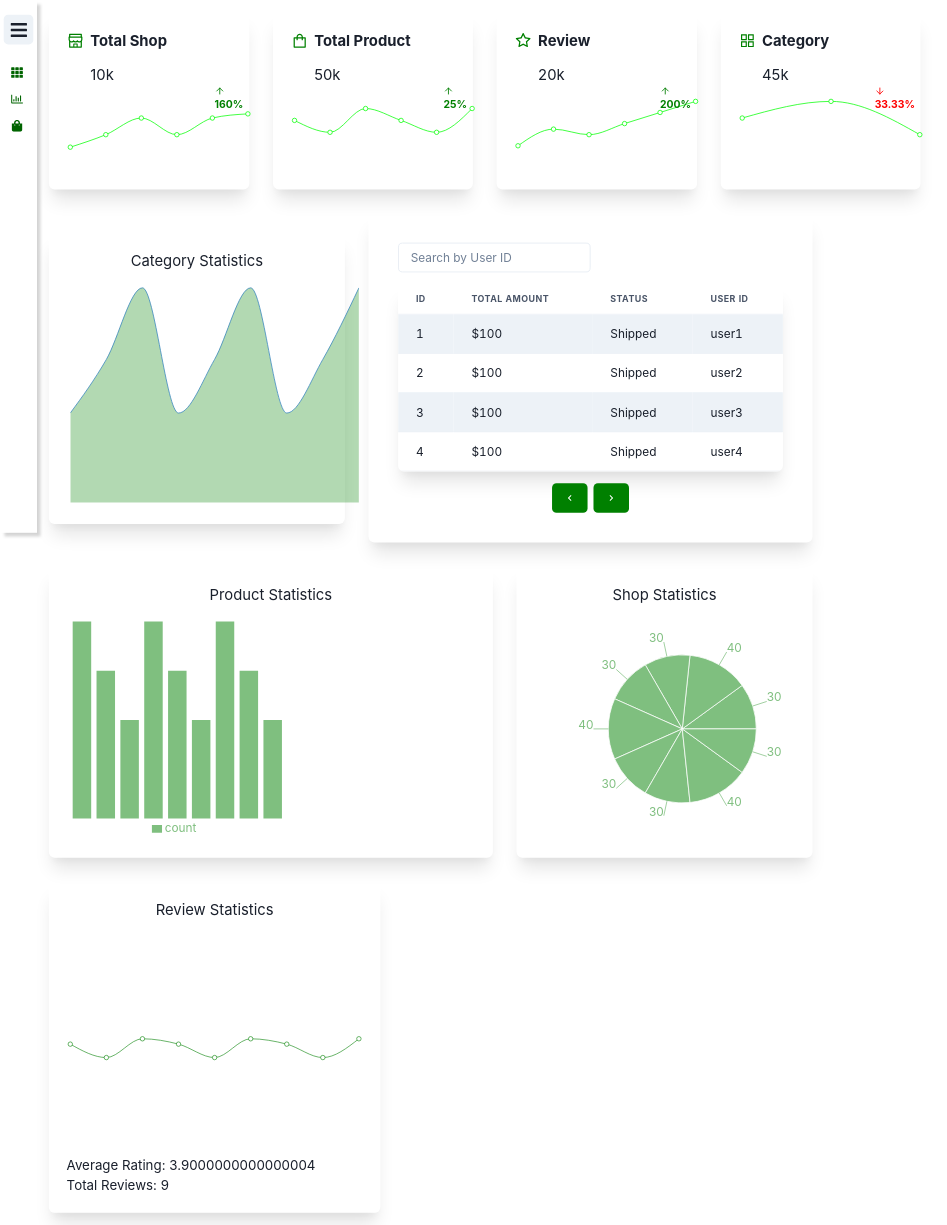
Repository: Andarg01/chakra-dashboard
Page: /
The author's editor kept a copy of each file at every save. The page is drawn from the files as they stood at one save, then again after the next save.
The browser window is 1280 px wide. The pictures show the whole page, at 74% of full size.
The project was rebuilt for these pictures with package versions that can differ from the ones it lists, and the page was loaded fresh each time. Also part of the build but not shown: src/components/ProductModal.tsx, src/components/ProductTable.tsx, src/pages/ProductList.tsx, src/components/RecentSalesTable.tsx, src/components/PopularProductsPage.tsx, src/pages/Analytics.tsx.

Above is the page before, as saved 2024-03-18 02:49:43.

### src/index.tsx
import React from 'react';
import ReactDOM from 'react-dom/client';
import './index.css';
import App from './App';

import { ChakraProvider } from '@chakra-ui/react';


const root = ReactDOM.createRoot(
  document.getElementById('root') as HTMLElement
);
root.render(

  <React.StrictMode>
  <ChakraProvider>
    <App />
    </ChakraProvider>
  </React.StrictMode>

);

### src/App.tsx
import React from 'react'
import ProductList from './pages/ProductList'
import Dashboard from './components/Dashboard'
import Sidebar from './components/Sidebar';
import Analytics from './pages/Analytics';
import { BrowserRouter, Route, Routes } from 'react-router-dom';
const App = () => {
  return (
    <div>
    <BrowserRouter>
    <Sidebar>
      <Routes>
      <Route path="/" element={<Dashboard />}/>
      <Route path="/dashboard" element={<Dashboard />}/>
      <Route path="/analytics" element={<Analytics  />} />
      <Route path="/product" element={<ProductList />}/>

      </Routes>
    </Sidebar>
  </BrowserRouter>
    </div>
  )
}

export default App





















// import React from 'react';
// import { BrowserRouter, Route, Routes } from 'react-router-dom';
// import Sidebar from './components/Sidebar';

// import Dashboard from './pages/Dashboard'

// import Analytics from './pages/AnalyticsPage'

// import ProductList from './ProductList';
// import './App.css';


// // import { ChakraProvider } from '@chakra-ui/react';

// type SaleData = {
//   date: string;
//   amount: number;
// };

// type RevenueData = {
//   month: string;
//   revenue: number;
// };

// const App: React.FC = () => {
//   const saleData: SaleData[] = [
//     { date: '2022-01-01', amount: 100 },
//     { date: '2022-01-02', amount: 150 },
//     { date: '2022-01-03', amount: 200 },
//     { date: '2022-01-04', amount: 120 },
//     { date: '2022-01-05', amount: 180 },
//     { date: '2022-01-06', amount: 90 },
//     { date: '2022-01-07', amount: 110 },
//     { date: '2022-01-08', amount: 130 },
//     { date: '2022-01-09', amount: 170 },
//     { date: '2022-01-10', amount: 160 },
//   ];

//   const revenueData: RevenueData[] = [
//     { month: 'January', revenue: 500 },
//     { month: 'February', revenue: 700 },
//     { month: 'March', revenue: 600 },
//     { month: 'April', revenue: 800 },
//     { month: 'May', revenue: 900 },
//     { month: 'June', revenue: 750 },
//     { month: 'July', revenue: 850 },
//     { month: 'August', revenue: 950 },
//     { month: 'September', revenue: 700 },
//     { month: 'October', revenue: 850 },
//   ];

//   return (
//     // <ChakraProvider>
//       <div>
//         <BrowserRouter>
//           <Sidebar>
//             <Routes>
//               <Route path="/" element={<Dashboard saleData={saleData} revenueData={revenueData} />} />
//               <Route path="/dashboard" element={<Dashboard saleData={saleData} revenueData={revenueData} />} />

//               <Route path="/analytics" element={<Analytics />} />
//               <Route path="/product" element={<ProductList />} />

//             </Routes>
//           </Sidebar>
//         </BrowserRouter>
//       </div>
//     {/* </ChakraProvider> */}
//   );
// };

// export default App;

### src/components/Dashboard.tsx

import React from "react";
import { Box, Flex, Text } from "@chakra-ui/react";
import {
  BarChart,
  Bar,
  Tooltip,
  Legend,
  AreaChart,
  Area,
  PieChart,
  Pie,
  Cell,
  LineChart,
  Line,
} from "recharts";
import Statics from "./Statics";
import AnalyticalPage from "../pages/Analytics";
import FullAnalyticsPage from "./AnalyticalCard";
// import ReviewPage from "../pages/ReviewPage";

export {};
// Sample data for demonstration purposes
const productData = [
  { category: "Category A", count: 20 },
  { category: "Category B", count: 15 },
  { category: "Category C", count: 10 },
  { category: "Category D", count: 20 },
  { category: "Category E", count: 15 },
  { category: "Category F", count: 10 },
  { category: "Category G", count: 20 },
  { category: "Category H", count: 15 },
  { category: "Category I", count: 10 },
];

const categoryData = [
  { shop: "Shop A", count: 5 },
  { shop: "Shop B", count: 8 },
  { shop: "Shop C", count: 12 },
  { shop: "Shop D", count: 5 },
  { shop: "Shop E", count: 8 },
  { shop: "Shop F", count: 12 },
  { shop: "Shop G", count: 5 },
  { shop: "Shop H", count: 8 },
  { shop: "Shop I", count: 12 },
];

const shopData = [
  { name: "Shop A", value: 30 },
  { name: "Shop B", value: 40 },
  { name: "Shop C", value: 30 },
  { name: "Shop D", value: 30 },
  { name: "Shop E", value: 40 },
  { name: "Shop F", value: 30 },
  { name: "Shop G", value: 30 },
  { name: "Shop H", value: 40 },
  { name: "Shop I", value: 30 },
];

const reviewData = [
  { date: "2024-01-01", rating: 4 },
  { date: "2024-02-01", rating: 3.5 },
  { date: "2024-03-01", rating: 4.2 },
  { date: "2024-04-01", rating: 4 },
  { date: "2024-05-01", rating: 3.5 },
  { date: "2024-06-01", rating: 4.2 },
  { date: "2024-07-01", rating: 4 },
  { date: "2024-08-01", rating: 3.5 },
  { date: "2024-09-01", rating: 4.2 },
];

const Dashboard: React.FC = () => {
  // Helper function to calculate average rating
  const getAverageRating = (data: { rating: number }[]): number => {
    const totalRating = data.reduce((acc, curr) => acc + curr.rating, 0);
    return totalRating / data.length;
  };

  return (
    <Flex
      flexWrap="wrap"
      justify="around"
      align="center"
      direction={["column", "row"]}
    >
      <FullAnalyticsPage/>
       {/* Category Statistics */}
       <Box
        flex="1"
        boxShadow="xl"
        borderRadius="lg"
        p={6}
        m={4}
        maxW="400px"
        textAlign="center"
      >
        <Text fontSize="xl" mb={4}>
          Category Statistics
        </Text>
        <AreaChart width={400} height={300} data={categoryData}>
          <Tooltip />
          <Area type="monotone" dataKey="count" fill="#00800080" />
        </AreaChart>
      </Box>
      <Box
       flex="1"
       boxShadow="xl"
       borderRadius="lg"
       p={6}
       m={4}
       maxW="600px"
       textAlign="center"
      >
      <Statics/>
      </Box>

      {/* Product Statistics */}

      <Box
        flex="1"

        boxShadow="xl"
        borderRadius="lg"
        p={6}
        m={4}
        maxW="600px"
        textAlign="center"
      >
        <Text fontSize="xl" mb={4}>
          Product Statistics
        </Text>
        <BarChart width={300} height={300} data={productData} barGap={100} >
          <Tooltip />
          <Legend />
          <Bar dataKey="count" fill="#00800080"  />
        </BarChart>
      </Box>





      {/* Shop Statistics */}
      <Box
        flex="1"
        boxShadow="xl"
        borderRadius="lg"
        p={6}
        m={4}
        maxW="400px"
        textAlign="center"
      >
        <Text fontSize="xl" mb={4}>
          Shop Statistics
        </Text>
        <PieChart width={400} height={300}>
          <Pie
            data={shopData}
            cx="50%"
            cy="50%"
            outerRadius={100}
            fill="rgba(0, 128, 0, 0.8)" // Transparent dark-green color
            label
            dataKey="value" // Add dataKey here
          >
            {shopData.map((entry, index) => (
              <Cell key={`cell-${index}`} fill="#00800080" />
            ))}
          </Pie>
        </PieChart>
      </Box>

      {/* Review Statistics */}
      <Flex direction="row" justify="between">
      <Box
        flex="1"
        boxShadow="xl"
        borderRadius="lg"
        p={6}
        m={4}
        maxW="700px"
        textAlign="center"

      >
        <Text fontSize="xl" mb={4}>
          Review Statistics
        </Text>
        <LineChart width={400} height={300} data={reviewData}>
          <Tooltip />
          <Line type="monotone" dataKey="rating" stroke="rgba(0, 128, 0, 0.8)" />
        </LineChart>
        <Box textAlign="left">
          <Text fontSize="lg">
            Average Rating: {getAverageRating(reviewData)}
          </Text>
          <Text fontSize="lg">Total Reviews: {reviewData.length}</Text>
          <Box>
          {/* <ReviewPage/> */}
          </Box>
        </Box>
      </Box>
      </Flex>
    </Flex>
  );
};

export default Dashboard;







// import { Flex, Box, Text, Icon } from "@chakra-ui/react";
// import { FaShoppingCart, FaDollarSign, FaCreditCard, FaUser } from "react-icons/fa";
// import { ArrowUpIcon, ArrowDownIcon } from "@chakra-ui/icons";

// interface IconCardProps {
//   icon: { component: any; color: string };
//   title: string;
//   value: string;
//   trend: number;
//   trendPercentage: string;
//   trendLabel: string;
// }

// const IconCard: React.FC<IconCardProps> = ({ icon, title, value, trend, trendPercentage, trendLabel }) => (
//   <Box width={{ base: "100%", sm: "50%", md: "25%" }} mb={4}>
//     <Flex
//       borderRadius="md"
//       borderWidth="1px"
//       borderColor="gray.200"
//       p={4}
//       alignItems="center"
//       justifyContent="space-between"
//     >
//       <Box bg={icon.color} borderRadius="full" p={2} mr={4}>
//         <Icon as={icon.component} boxSize={6} color="white" />
//       </Box>
//       <Box>
//         <Text fontSize="sm" fontWeight="bold" mb={1}>
//           {title}
//         </Text>
//         <Text fontSize="xl" fontWeight="bold" mb={1}>
//           {value}
//         </Text>
//         <Text fontSize="sm" color={trend >= 0 ? "green.500" : "red.500"}>
//           {trend >= 0 ? <ArrowUpIcon boxSize={3} /> : <ArrowDownIcon boxSize={3} />}
//           {trendPercentage}% {trendLabel}
//         </Text>
//       </Box>
//     </Flex>
//   </Box>
// );

// const Dashboard = () => (
//   <Flex flexWrap="wrap">
//     <IconCard
//       icon={{ component: FaShoppingCart, color: "purple" }}
//       title="New Orders"
//       value="34567"
//       trend={2.00}
//       trendPercentage="+2.00"
//       trendLabel="(30 days)"
//     />
//     <IconCard
//       icon={{ component: FaDollarSign, color: "green" }}
//       title="Total Income"
//       value="$74,567"
//       trend={5.45}
//       trendPercentage="+5.45"
//       trendLabel="Increased"
//     />
//     <IconCard
//       icon={{ component: FaCreditCard, color: "blue" }}
//       title="Total Expense"
//       value="$24,567"
//       trend={-2.00}
//       trendPercentage="-2.00"
//       trendLabel="Expense"
//     />
//     <IconCard
//       icon={{ component: FaUser, color: "orange" }}
//       title="New User"
//       value="34567"
//       trend={-25.00}
//       trendPercentage="-25.00"
//       trendLabel="Earning"
//     />
//   </Flex>
// );

// export default Dashboard;









// // // // Dashboard.tsx
// // // import React from 'react';
// // // import { Box, Text, SimpleGrid, Flex } from '@chakra-ui/react';
// // // import { GiShoppingCart, GiCash, GiReceiveMoney, GiTwoCoins, GiShoppingBag, GiMultipleTargets } from 'react-icons/gi';
// // // // import Statics from './Statics';
// // // import StatisticsPage from './StatisticsPage';

// // // interface DashboardCardProps {
// // //   title: string;
// // //   value: number;
// // //   index: number;
// // //   isCurrency?: boolean;
// // // }

// // // const iconComponents = [
// // //   GiShoppingCart,   // Total Orders
// // //   GiCash,           // Total Sales
// // //   GiReceiveMoney,   // Total Revenue
// // //   GiTwoCoins,       // Total Customer Commits
// // //   GiShoppingBag,    // Total Products
// // //   GiMultipleTargets // Total Categories
// // // ];

// // // const DashboardCard: React.FC<DashboardCardProps> = ({ title, value, index, isCurrency = false }) => {
// // //   const IconComponent = iconComponents[index];

// // //   const formattedValue = isCurrency ? `Birr ${value.toLocaleString()}` : value;

// // //   return (
// // //     <Box
// // //       p="4"
// // //       borderRadius="lg"
// // //       border="1px solid"
// // //       borderColor="gray.200"
// // //       boxShadow="xl"
// // //       textAlign="center"
// // //       minH={`calc(100px + 1/3 * 100px)`} // Maximize height and add 1/3 of the size
// // //       fontSize="2xl"
// // //       color="black" // Set text color to black
// // //       display="inline-flex"
// // //       flexDirection="column"
// // //       alignItems="center"
// // //     >
// // //       <Flex alignItems="center">
// // //         <IconComponent size={40}  fontWeight="bold" />
// // //         <Text fontWeight="bold" ml="2" mr="2">
// // //           {title}
// // //         </Text>
// // //       </Flex>
// // //       <Text>{formattedValue}</Text>
// // //     </Box>
// // //   );
// // // };

// // // const Dashboard: React.FC = () => {
// // //   // Dummy data for demonstration
// // //   const metricsData = {
// // //     totalOrders: 150,
// // //     totalSales: 50000,
// // //     totalRevenue: 75000,
// // //     totalCustomerCommits: 80,
// // //     totalProducts: 50,
// // //     totalCategories: 10,
// // //   };

// // //   return (
// // //     <Box p="8">
// // //       <Text fontSize="3xl" fontWeight="bold" mb="6">
// // //         Dashboard
// // //       </Text>
// // //       {/* <Statics/> */}
// // //       <StatisticsPage/>
// // //       <SimpleGrid columns={[1, 2, 3, 3]} spacing="4">
// // //         <DashboardCard title="Total Orders" value={metricsData.totalOrders} index={0} />
// // //         <DashboardCard title="Total Sales" value={metricsData.totalSales} index={1} isCurrency />
// // //         <DashboardCard title="Total Revenue" value={metricsData.totalRevenue} index={2} isCurrency />
// // //         <DashboardCard title="Total Customer Commits" value={metricsData.totalCustomerCommits} index={3} />
// // //         <DashboardCard title="Total Products" value={metricsData.totalProducts} index={4} />
// // //         <DashboardCard title="Total Categories" value={metricsData.totalCategories} index={5} />
// // //       </SimpleGrid>
// // //     </Box>
// // //   );
// // // };

// // // export default Dashboard;





// // // // // Dashboard.tsx
// // // // import React from 'react';
// // // // import { Box, Text, SimpleGrid, Flex } from '@chakra-ui/react';
// // // // import { GiShoppingCart, GiCash, GiReceiveMoney, GiTwoCoins, GiShoppingBag, GiMultipleTargets } from 'react-icons/gi';

// // // // interface DashboardCardProps {
// // // //   title: string;
// // // //   value: number;
// // // //   index: number;
// // // //   isCurrency?: boolean;
// // // // }

// // // // const iconComponents = [
// // // //   GiShoppingCart,   // Total Orders
// // // //   GiCash,           // Total Sales
// // // //   GiReceiveMoney,   // Total Revenue
// // // //   GiTwoCoins,       // Total Customer Commits
// // // //   GiShoppingBag,    // Total Products
// // // //   GiMultipleTargets // Total Categories
// // // // ];

// // // // const DashboardCard: React.FC<DashboardCardProps> = ({ title, value, index, isCurrency = false }) => {
// // // //   const colors = ['rgba(159, 122, 234, 0.7)', 'rgba(237, 100, 166, 0.7)']; // Purple, Pink with transparency
// // // //   const backgroundColor = colors[index % colors.length];

// // // //   const IconComponent = iconComponents[index];

// // // //   const formattedValue = isCurrency ? `Birr ${value.toLocaleString()}` : value;

// // // //   return (
// // // //     <Box
// // // //       p="4"
// // // //       borderRadius="lg"
// // // //       boxShadow="xl"
// // // //       textAlign="center"
// // // //       minH={`calc(100px + 1/3 * 100px)`} // Maximize height and add 1/3 of the size
// // // //       fontSize="2xl"
// // // //       color="white"
// // // //       backgroundColor={backgroundColor}
// // // //       display="inline-flex"
// // // //       flexDirection="column"
// // // //       alignItems="center"
// // // //     >
// // // //       <Flex alignItems="center">
// // // //         <IconComponent size={40} mb="-2" fontWeight="bold" />
// // // //         <Text fontWeight="bold" ml="2" mr="2">
// // // //           {title}
// // // //         </Text>
// // // //       </Flex>
// // // //       <Text>{formattedValue}</Text>
// // // //     </Box>
// // // //   );
// // // // };

// // // // const Dashboard: React.FC = () => {
// // // //   // Dummy data for demonstration
// // // //   const metricsData = {
// // // //     totalOrders: 150,
// // // //     totalSales: 50000,
// // // //     totalRevenue: 75000,
// // // //     totalCustomerCommits: 80,
// // // //     totalProducts: 50,
// // // //     totalCategories: 10,
// // // //   };

// // // //   return (
// // // //     <Box p="8">
// // // //       <Text fontSize="3xl" fontWeight="bold" mb="6">
// // // //         Dashboard
// // // //       </Text>

// // // //       <SimpleGrid columns={[1, 2, 3, 3]} spacing="4">
// // // //         <DashboardCard title="Total Orders" value={metricsData.totalOrders} index={0} />
// // // //         <DashboardCard title="Total Sales" value={metricsData.totalSales} index={1} isCurrency />
// // // //         <DashboardCard title="Total Revenue" value={metricsData.totalRevenue} index={2} isCurrency />
// // // //         <DashboardCard title="Total Customer Commits" value={metricsData.totalCustomerCommits} index={3} />
// // // //         <DashboardCard title="Total Products" value={metricsData.totalProducts} index={4} />
// // // //         <DashboardCard title="Total Categories" value={metricsData.totalCategories} index={5} />
// // // //       </SimpleGrid>
// // // //     </Box>
// // // //   );
// // // // };

// // // // export default Dashboard;

### src/components/Sidebar.tsx

import React, { useState } from 'react';
import {
  FaTh,
  FaBars,
  FaShoppingBag,
  FaRegChartBar,
} from 'react-icons/fa';

import { NavLink } from 'react-router-dom';
import { Box, IconButton, Text, Flex } from '@chakra-ui/react';

interface MenuItem {
  path: string;
  name: string;
  icon: JSX.Element;
}

const Sidebar: React.FC<React.PropsWithChildren<{}>> = ({ children }) => {
  const [isOpen, setIsOpen] = useState(false);

  const toggle = () => setIsOpen(!isOpen);

  const menuItems: MenuItem[] = [
    {
      path: '/',
      name: 'Dashboard',
      icon: <FaTh />,
    },
    {
      path: '/analytics',
      name: 'Analytics',
      icon: <FaRegChartBar />,
  },
    {
      path: '/product',
      name: 'Product',
      icon: <FaShoppingBag />,
    },
  ];

  return (
    <Flex>
      <Box
        width={isOpen ? '200px' : '50px'}
        bg="#fff"
        boxShadow="5px 5px 4px rgb(212, 212, 212)"
        color="#000"
        height="100vh"
        transition="all 0.5s"
        overflowX="hidden"
      >
        <Flex
          className="top_section"
          direction="column"
          align="center"
          justify="center"
          p="20px 15px"
        >
          <Text fontSize={isOpen ? '30px' : '0'} className="logo">
            Logo
          </Text>
          <IconButton
            marginLeft={isOpen ? '50px' : '0px'}
            className="bars"
            fontSize="25px"
            aria-label="Toggle Sidebar"
            icon={<FaBars />}
            onClick={toggle}
          />
        </Flex>
        {menuItems.map((item, index) => (
          <NavLink to={item.path} key={index} className="link">
            <Flex
              p="10px 15px"
              color="#006400"
              _hover={{ bgColor: ' #006400', color: '#fff', margin: '10px', borderRadius: '10px' }}
              _active={{ bgColor: ' #006400', color: '#fff', margin: '10px', borderRadius: '10px' }}
            >
              <Box className="icon" marginRight="3">
                {item.icon}
              </Box>
              <Text
                display={isOpen ? 'block' : 'none'}
                className="link_text text-sm"
                marginLeft="3"
              >
                {item.name}
              </Text>
            </Flex>
          </NavLink>
        ))}
      </Box>
      <Box flex="1">{children}</Box>
    </Flex>
  );
};

export default Sidebar;

Loaded but not shown: public/index.html (common file); src/index.css (common file); src/components/AnalyticalCard.tsx (254 lines, source omitted); src/components/Statics.tsx (136 lines, source omitted)

After the next save:
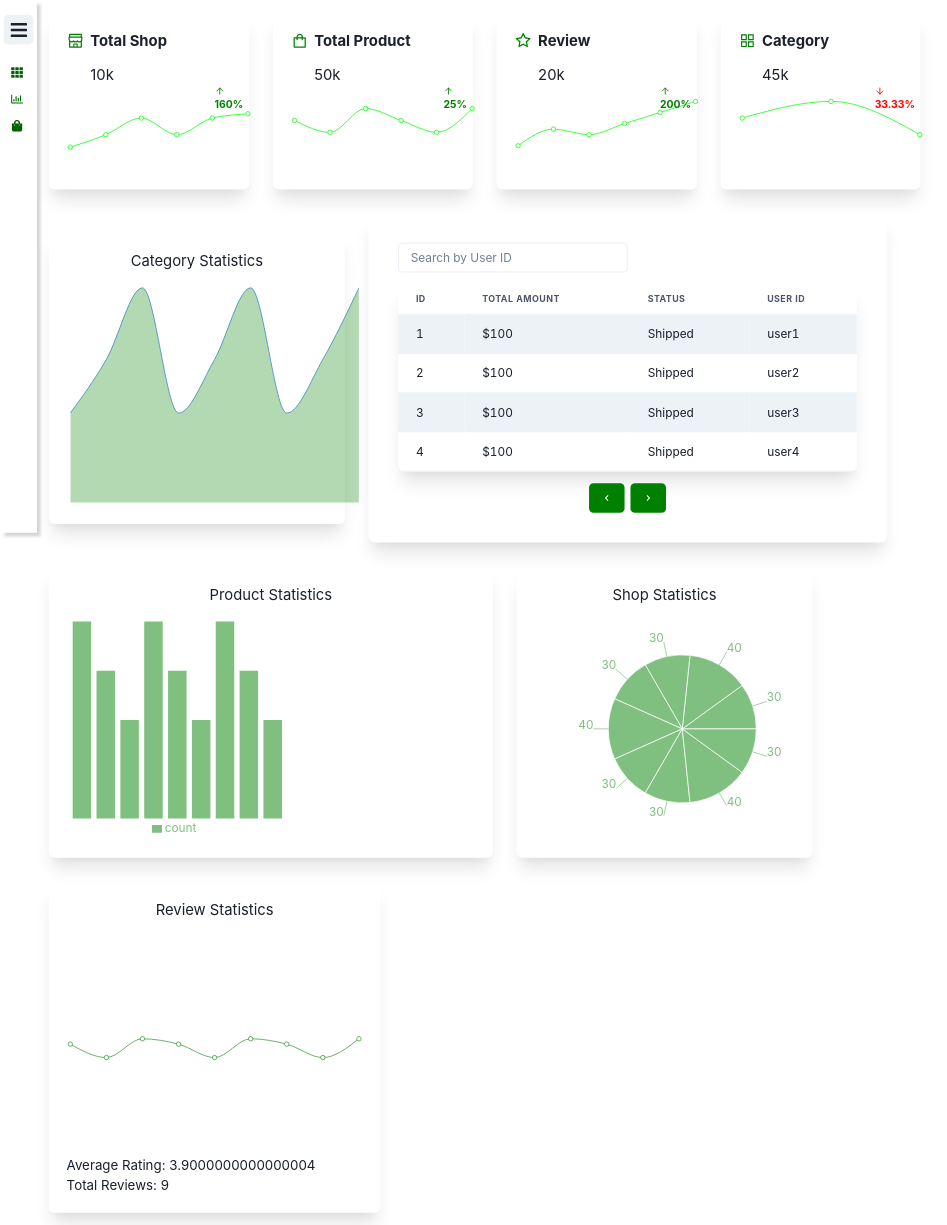
Saved 33 min 8 s later.
--- a/src/components/Dashboard.tsx
+++ b/src/components/Dashboard.tsx
@@ -108,7 +108,7 @@ const Dashboard: React.FC = () => {
        borderRadius="lg"
        p={6}
        m={4}
-       maxW="600px"
+       maxW="700px"
        textAlign="center"
       >
       <Statics/>
@@ -135,10 +135,6 @@ const Dashboard: React.FC = () => {
           <Bar dataKey="count" fill="#00800080"  />
         </BarChart>
       </Box>
-
-
-
-
 
       {/* Shop Statistics */}
       <Box
